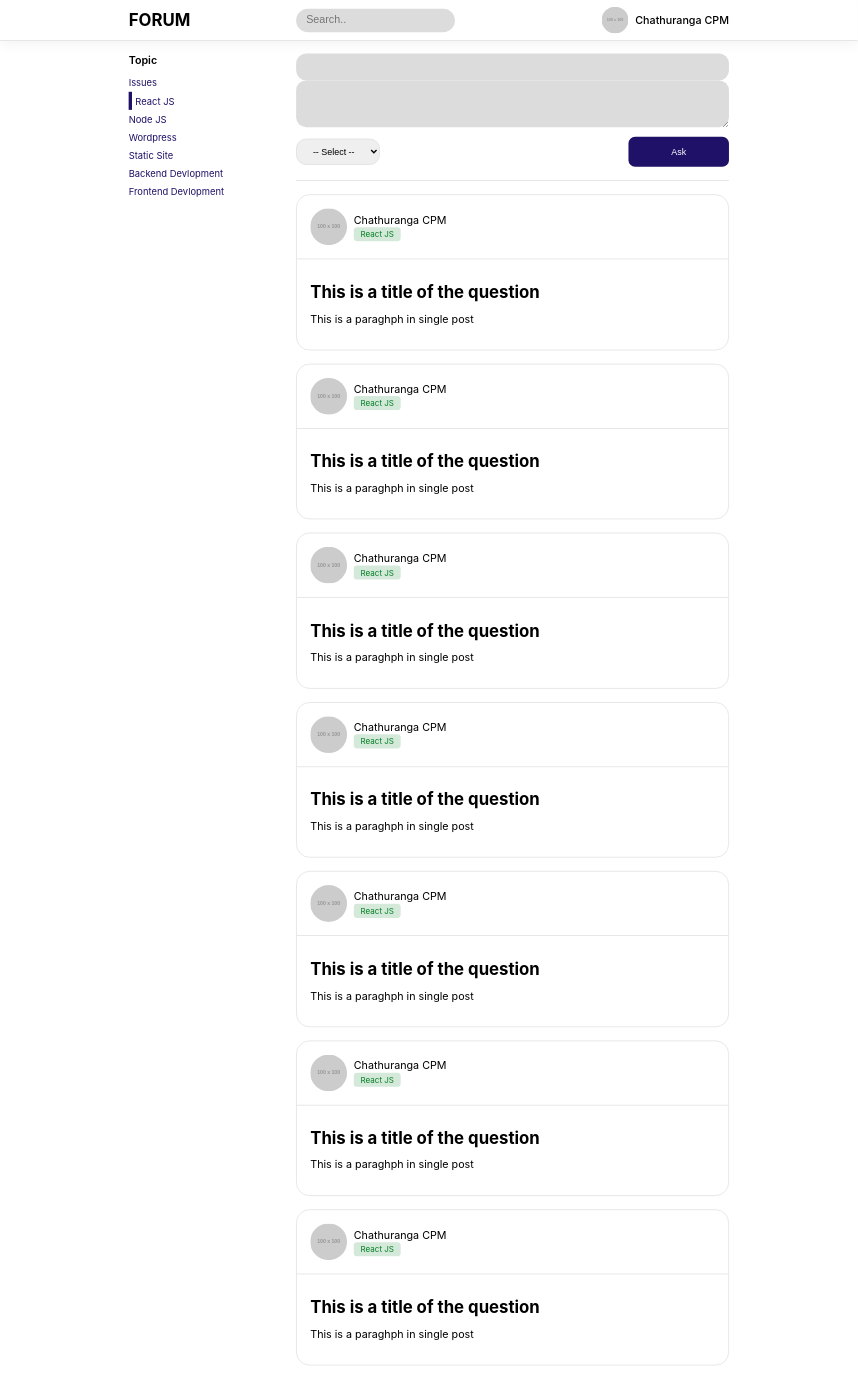
Repository: ChathurangaCPM/developer-forum
Page: / (app in client/)
An editor plug-in stored every save of this project. The page is shown before and after the next save, followed by the edit.
The browser window is 1280 px wide. The pictures show the whole page, at 67% of full size.
The project was rebuilt for these pictures with package versions that can differ from the ones it lists, and the page was loaded fresh each time.

Above is the page before, as saved 2022-05-10 13:14:40.

After the next save:
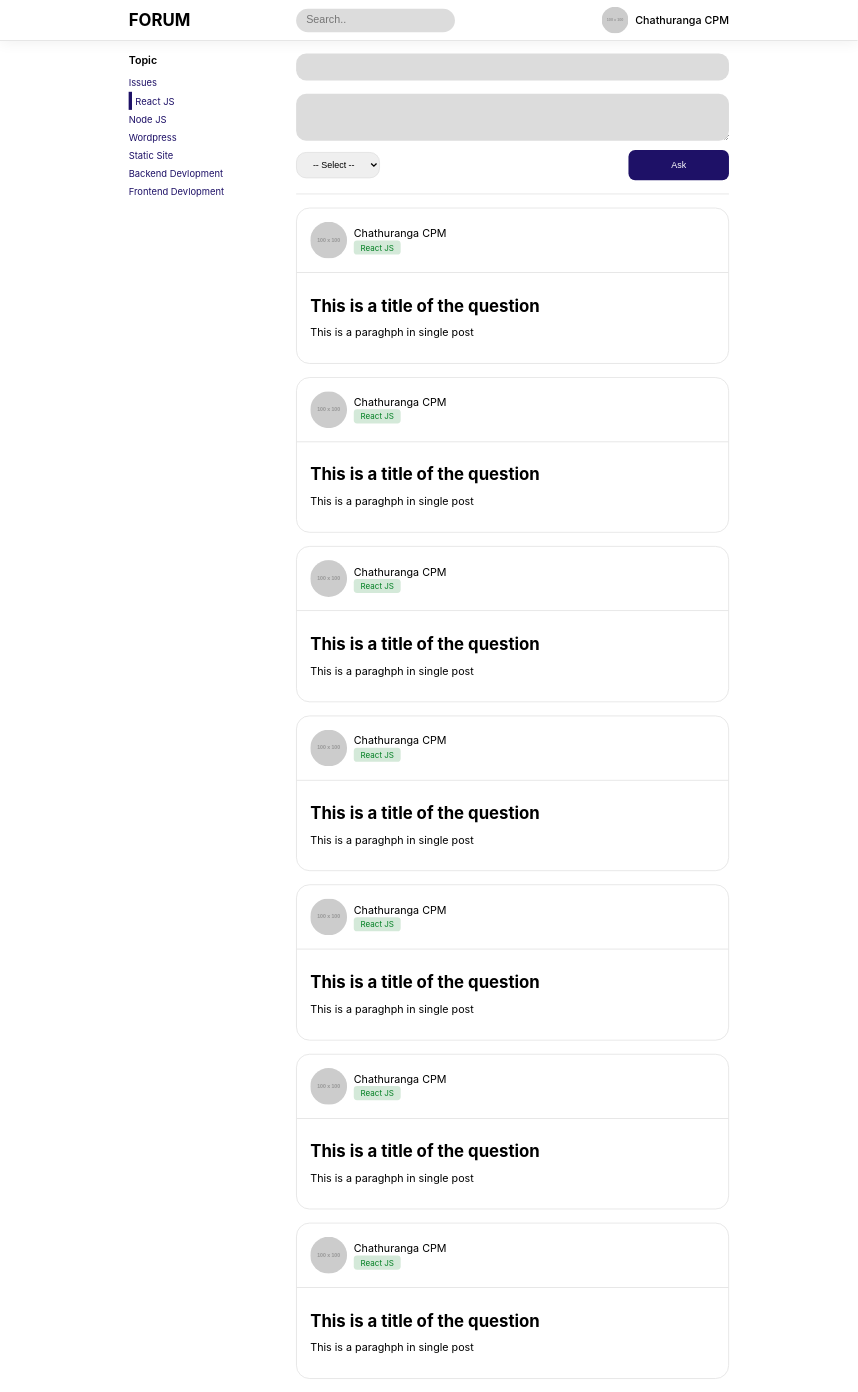
Saved 38 s later.
--- a/client/src/components/AddQuestion/AddQuestion.js
+++ b/client/src/components/AddQuestion/AddQuestion.js
@@ -38,8 +38,10 @@ function AddQuestion() {
                 }}>
                 {({ isSubmitting }) => (
                     <Form>
-                        <Field type="text" name="title" />
-                        <ErrorMessage name="title" component="div" className="error_msg" />
+                        <div className="wrap_input">
+                            <Field type="text" name="title" />
+                            <ErrorMessage name="title" component="div" className="error_msg" />
+                        </div>
                         <Field as="textarea" name="descriptions" />
                         <ErrorMessage name="descriptions" component="div" className="error_msg"/>
 
